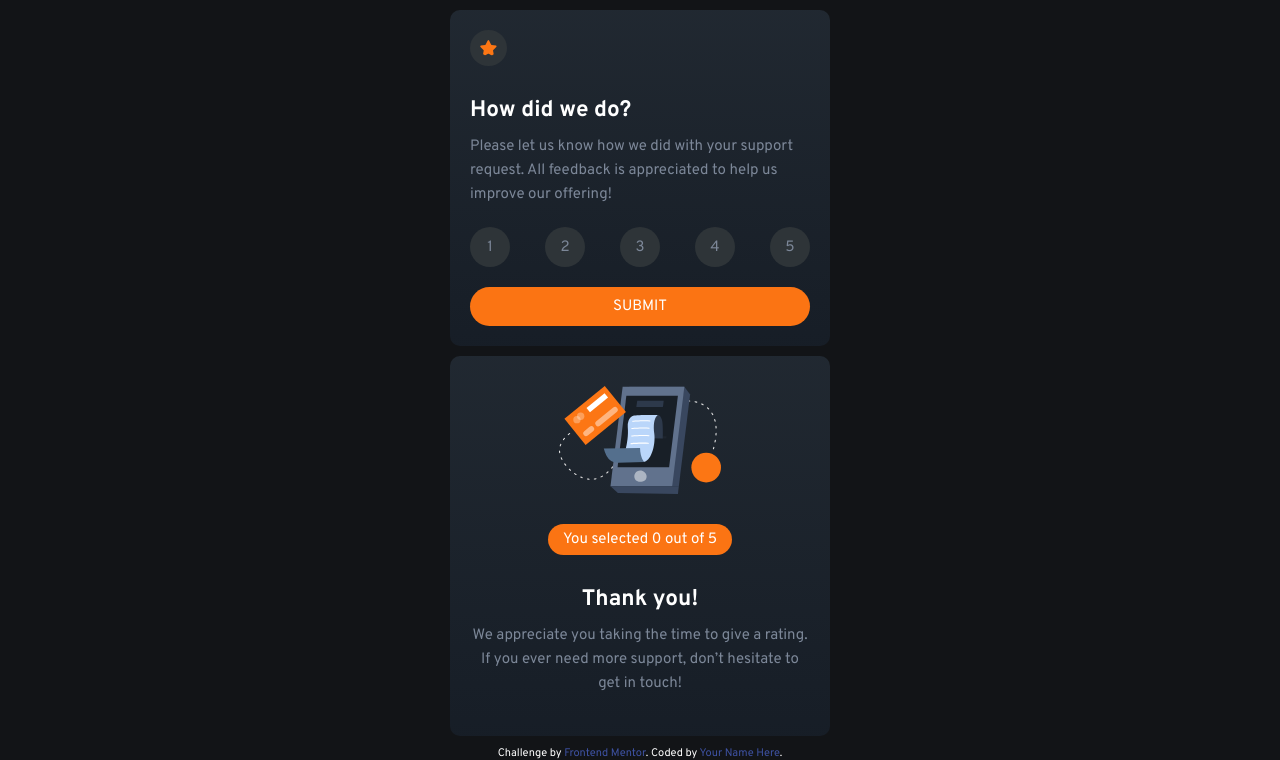
Repository: huynhnhutanhduy/interactive-rating-component
Page: index.html
The author's editor kept a copy of each file at every save. The page is drawn from the files as they stood at one save, then again after the next save.
The browser window is 1280 px wide. The pictures show the whole page.
After loading, the first visible `button.rating-submit` was clicked once.

Above is the page before, as saved 2022-10-19 11:16:17.

### index.html
<!DOCTYPE html>
<html lang="en">
  <head>
    <meta charset="UTF-8" />
    <meta name="viewport" content="width=device-width, initial-scale=1.0" />
    <!-- displays site properly based on user's device -->
    <link rel="icon" type="image/png" sizes="32x32" href="./images/favicon-32x32.png" />
    <title>Frontend Mentor | Interactive rating component</title>
    <link rel="preconnect" href="https://fonts.googleapis.com" />
    <link rel="preconnect" href="https://fonts.gstatic.com" crossorigin />
    <link
      href="https://fonts.googleapis.com/css2?family=Overpass:wght@400;700&display=swap"
      rel="stylesheet"
    />
    <link rel="stylesheet" href="./app.css" />
  </head>
  <body>
    <main>
      <!-- Rating state start -->
      <article class="rating-container card">
        <img src="./images/icon-star.svg" alt="icon-star" class="rating-star" />
        <h2 class="rating-title">How did we do?</h2>
        <p class="rating-desc">
          Please let us know how we did with your support request. All feedback is appreciated
          to help us improve our offering!
        </p>
        <ul class="rating-list">
          <li><button class="rating-item">1</button></li>
          <li><button class="rating-item">2</button></li>
          <li><button class="rating-item">3</button></li>
          <li><button class="rating-item">4</button></li>
          <li><button class="rating-item">5</button></li>
        </ul>
        <button type="submit" class="rating-submit">Submit</button>
      </article>
      <!-- Rating state end -->

      <!-- Thank you state start -->
      <article class="rating-container center thank-you">
        <img
          src="./images/illustration-thank-you.svg"
          alt="thank you picture"
          class="rating-thank"
        />
        <p class="rating-result">You selected <span>0</span> out of 5</p>
        <!-- Add rating here -->
        <h2 class="rating-title">Thank you!</h2>
        <p class="rating-desc">
          We appreciate you taking the time to give a rating. If you ever need more support,
          don’t hesitate to get in touch!
        </p>
        <!-- Thank you state end -->
      </article>
    </main>

    <footer class="attribution center">
      Challenge by
      <a href="https://www.frontendmentor.io?ref=challenge" target="_blank">Frontend Mentor</a
      >. Coded by <a href="#">Your Name Here</a>.
    </footer>

    <script src="./app.js"></script>
  </body>
</html>

### app.css
:root {
  --primary: hsl(25, 97%, 53%);
  --white: hsl(0, 0%, 100%);
  --light-grey: hsl(217, 12%, 63%);
  --medium-grey: hsl(216, 12%, 54%);
  --dark-blue: hsl(213, 19%, 18%);
  --very-dark-blue: hsl(216, 12%, 8%);
}
* {
  margin: 0;
  padding: 0;
  border: 0;
}
*,
*::before,
*::after,
html {
  box-sizing: border-box;
}
html {
  font-size: 62.5%;
}
body {
  font-size: 1.5rem;
  font-family: "Overpass", sans-serif;
  font-weight: normal;
  background-color: var(--very-dark-blue);
}
a {
  text-decoration: none;
}
img {
  display: block;
  max-width: 100%;
}
button {
  outline: none;
  font-size: 1.5rem;
  font-family: "Overpass", sans-serif;
  font-weight: 400;
  cursor: pointer;
}

.attribution {
  font-size: 11px;
}
.attribution a {
  color: hsl(228, 45%, 44%);
}
.center {
  text-align: center;
}

body,
.rating-container,
.rating-submit,
.rating-item:hover,
.rating-item:focus {
  color: var(--white);
}
.rating-container {
  max-width: 38rem;
  background-image: linear-gradient(to top, hsl(214, 26%, 12%), hsl(212, 20%, 16%));
  padding: 2rem;
  border-radius: 1rem;
  margin: 1rem auto;
}
.rating-star,
.rating-item,
.rating-result {
  background-color: hsl(205, 10%, 20%);
}
.rating-star,
.rating-item {
  border-radius: 50%;
}
.rating-star {
  margin-bottom: 3rem;
  padding: 1rem;
}
.rating-title {
  margin-bottom: 1rem;
}
.rating-desc,
.rating-item {
  color: var(--medium-grey);
}
.rating-desc {
  line-height: 1.6;
  margin-bottom: 2rem;
}
.rating-list {
  display: flex;
  justify-content: space-between;
  align-items: center;
  margin-bottom: 2rem;
}
.rating-list li {
  list-style: none;
}
.rating-item {
  width: 4rem;
  height: 4rem;
}
.rating-submit {
  width: 100%;
  padding: 1rem;
  border-radius: 2rem;
  text-transform: uppercase;
}
.rating-thank {
  margin: 1rem auto 2rem;
}
.rating-result {
  display: inline-block;
  padding: 6px 1.5rem;
  border-radius: 2rem;
  margin: 1rem 0 3rem;
}
.rating-submit,
.rating-result,
.rating-item:hover {
  background-color: var(--primary);
}
.rating-item:focus {
  background-color: var(--light-grey);
}
.rating-submit:hover {
  background-color: var(--white);
  color: var(--primary);
}
.is-show {
  display: block;
}
.is-hide {
  display: none;
}

### app.js
const button = document.querySelector(".rating-submit");
const card = document.querySelector(".card");
const thank = document.querySelector(".thank-you");
button.addEventListener("click", function () {
  console.log(card);
  console.log(thank);
});

After the next save:
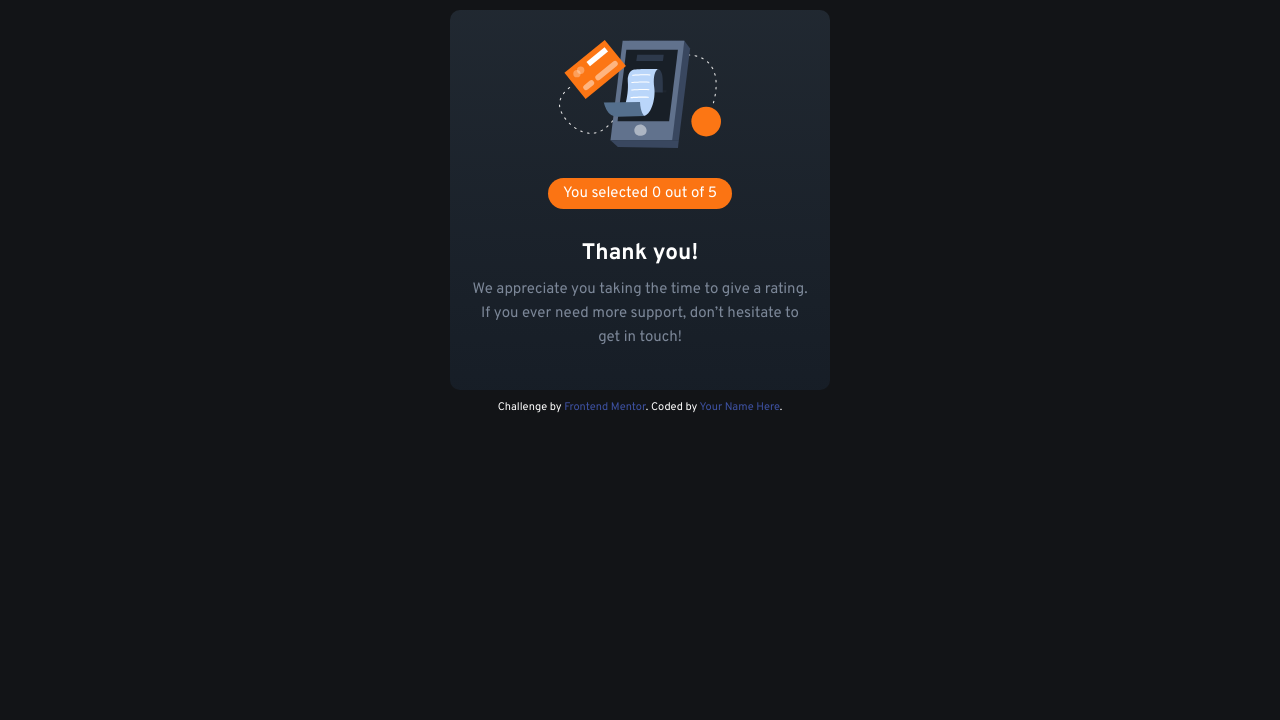
Saved 102 s later.
--- a/app.js
+++ b/app.js
@@ -2,6 +2,6 @@ const button = document.querySelector(".rating-submit");
 const card = document.querySelector(".card");
 const thank = document.querySelector(".thank-you");
 button.addEventListener("click", function () {
-  console.log(card);
-  console.log(thank);
+  card.style.display = "none";
+  thank.style.display = "block";
 });
